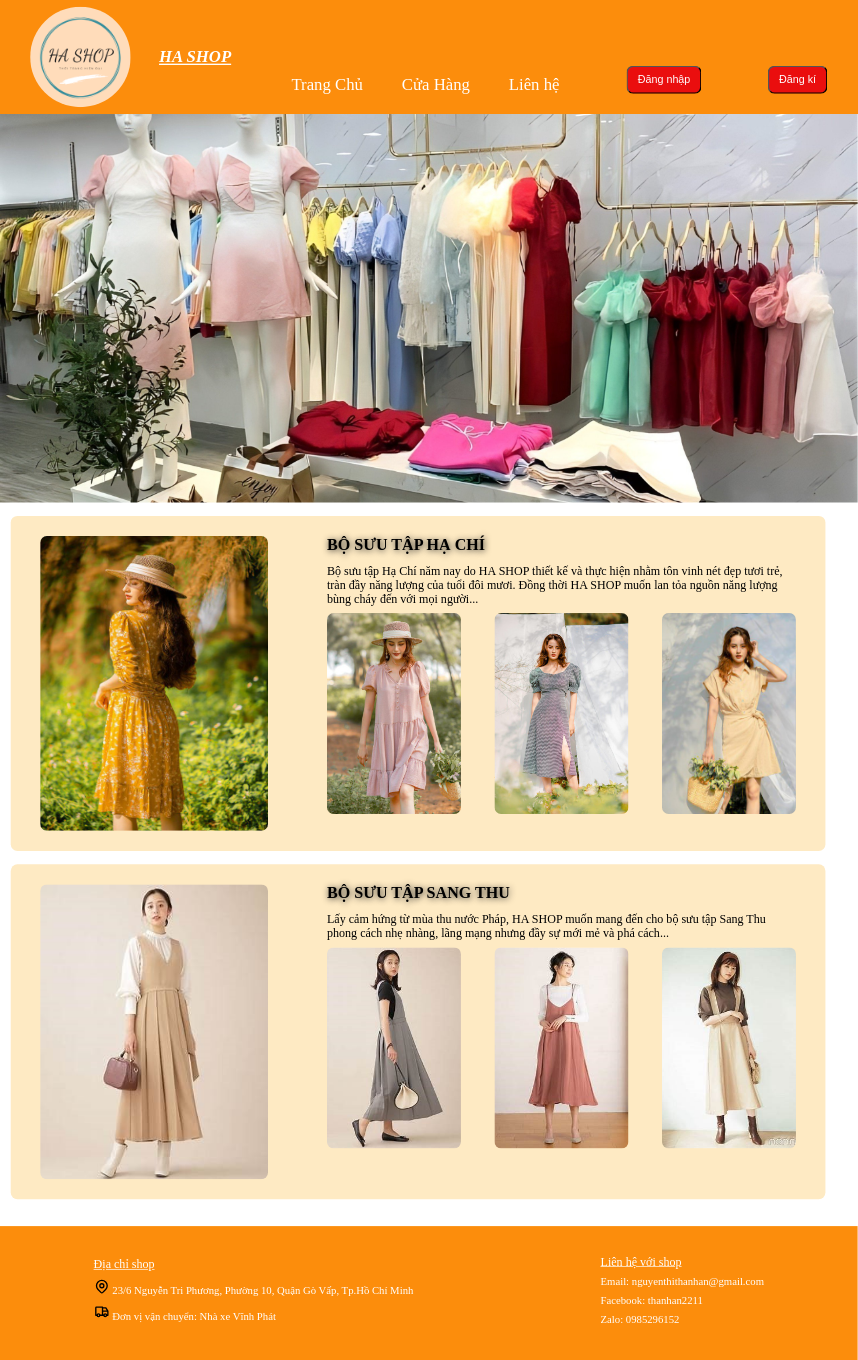
Repository: manhhieu120499/demo_page
Page: trangchu.html
An editor plug-in stored every save of this project. The page is shown before and after a run of saves, followed by the edit.
The browser window is 1280 px wide. The pictures show the whole page, at 67% of full size.

Above is the page before, as saved 2023-03-04 12:19:26.

### trangchu.html
<!DOCTYPE html>
<html lang="en">

<head>
    <meta charset="UTF-8" />
    <meta http-equiv="X-UA-Compatible" content="IE=edge" />
    <meta name="viewport" content="width=device-width, initial-scale=1.0" />
    <title>Document</title>
    <link rel="stylesheet" href="./style_trangchu.css">
</head>

<body>
    <div class="wrap">
        <div class="header">
            <div class="left-header">
                <img src="./Thời trang hiện dại.png" alt="logo_shop" class="picture"/>
                <h2 class="shop_name">HA SHOP</h2>
            </div>

            <div class="right-header">
                <div class="link">
                    <a href="#">Trang Chủ</a>
                    <a href="#">Cửa Hàng</a>
                    <a href="#">Liên hệ</a>
                </div>
                 <div class="btn">
                     <button>Đăng nhập</button>
                     <button>Đăng kí</button>
                 </div>
            </div>

        </div>

        <div class="slide_bar">
            <img src="./slide.jpg" alt="slide_picture">
        </div>

        <div class="album">
            <div class="album_one">
                <div class="left_picture">
                     <img src="./10.jpg" alt="picture_ha_chi">
                </div>
                <div class="right_description">
                      <h2 class="title_album">BỘ SƯU TẬP HẠ CHÍ</h2>
                      <p class="desc">   Bộ sưu tập Hạ Chí năm nay do HA SHOP thiết kế và thực hiện nhằm tôn vinh nét đẹp tươi trẻ, tràn đầy năng lượng của tuổi đôi mươi. Đồng thời HA SHOP muốn lan tỏa nguồn năng lượng bùng cháy đến với mọi người...</p>
                      <div class="picture_etc">
                        <img src="./11.jpg" alt="picture_ha_chi">
                        <img src="./12.jpg" alt="picture_ha_chi">
                        <img src="./13.jpg" alt="picture_ha_chi">
                      </div>
                </div>

            </div>

            <div class="album_two album_one ">
                <div class="left_picture">
                     <img src="./3.jpg" alt="picture_sang_thu">
                </div>
                <div class="right_description">
                      <h2 class="title_album">BỘ SƯU TẬP SANG THU</h2>
                      <p class="desc">   Lấy cảm hứng từ mùa thu nước Pháp, HA SHOP muốn mang đến cho bộ sưu tập Sang Thu phong cách nhẹ nhàng, lãng mạng nhưng đầy sự mới mẻ và phá cách...</p>
                      <div class="picture_etc">
                        <img src="./5.jpg" alt="picture_sang_thu">
                        <img src="./8.jpg" alt="picture_sang_thu">
                        <img src="./6.jpg" alt="picture_sang_thu">
                      </div>
                </div>

            </div>
        </div>

        <div class="footer">
            <div class="left_footer">
                  <p class="address">Địa chỉ shop</p>
                  <p>
                    <a class="icon">
                        <svg xmlns="http://www.w3.org/2000/svg" class="icon icon-tabler icon-tabler-map-pin" width="24" height="24" viewBox="0 0 24 24" stroke-width="2" stroke="currentColor" fill="none" stroke-linecap="round" stroke-linejoin="round">
                            <path stroke="none" d="M0 0h24v24H0z" fill="none"></path>
                            <path d="M12 11m-3 0a3 3 0 1 0 6 0a3 3 0 1 0 -6 0"></path>
                            <path d="M17.657 16.657l-4.243 4.243a2 2 0 0 1 -2.827 0l-4.244 -4.243a8 8 0 1 1 11.314 0z"></path>
                         </svg>
                    </a>
                     23/6 Nguyễn Tri Phương, Phường 10, Quận Gò Vấp, Tp.Hồ Chí Minh
                  </p>
                  <p>
                    <a>
                        <svg xmlns="http://www.w3.org/2000/svg" class="icon icon-tabler icon-tabler-truck" width="24" height="24" viewBox="0 0 24 24" stroke-width="2" stroke="currentColor" fill="none" stroke-linecap="round" stroke-linejoin="round">
                            <path stroke="none" d="M0 0h24v24H0z" fill="none"></path>
                            <path d="M7 17m-2 0a2 2 0 1 0 4 0a2 2 0 1 0 -4 0"></path>
                            <path d="M17 17m-2 0a2 2 0 1 0 4 0a2 2 0 1 0 -4 0"></path>
                            <path d="M5 17h-2v-11a1 1 0 0 1 1 -1h9v12m-4 0h6m4 0h2v-6h-8m0 -5h5l3 5"></path>
                         </svg>
                         Đơn vị vận chuyển: Nhà xe Vĩnh Phát
                    </a>
                  </p>
            </div>
            <div class="right_footer">
                 <p class="address">Liên hệ với shop</p>
                 <p>Email: nguyenthithanhan@gmail.com</p>
                 <p>Facebook: thanhan2211</p>
                 <p>Zalo: 0985296152</p>
            </div>

        </div>
    </div>

</body>

</html>

### style_trangchu.css
* {
    margin: 0;
    box-sizing: border-box;
}

.wrap {
    display: flex;
    flex-direction: column;
    width: 100%;
    height: 100%;
}


.header {
    background-color: #FC8D0C;
    display: flex;
    justify-content: space-around;
    position: fixed;
    width: 100%;
    top: 0;
    left: 0;
    padding: 10px 0;
}

.left-header {
    width: 300px;
    display: flex;
    align-items: center;
    justify-content: space-between;
}

.left-header .picture {
    width: 150px;
    height: 150px;
    border-radius: 50%;
}

.left-header .shop_name {
    color: white;
    font-size: 25px;
    text-decoration: underline;
    font-style: italic;
}

.right-header .link {
    width: 400px;
    display: flex;
    justify-content: space-between;
}

.right-header .link > a {
    color: white;
    text-decoration: none;
    font-size: 25px;
    /* padding: 10px 35px; */
}

.right-header {
    width: 800px;
    display: flex;
    align-items: flex-end;
    margin-bottom: 20px;
    justify-content: space-between;
}

.right-header .btn {
    display: flex;
    justify-content: space-between;
    width: 300px;
}

.right-header .btn > button {
    background-color: #EA0E0E;
    padding: 10px 15px;
    border-radius: 10px;
    font-size: 16px;
    color: white;
    width: ;
}



/* slide bar*/
.slide_bar {
    margin-top: 150px;
    height: 400px;
}
.slide_bar > img{
    width: 100%;
    object-fit: cover;
    height: 600px;
    display: block;
    margin-bottom: 20px;
}

/*album bo suu tap*/
.album {
    display: flex;
    width: calc(100% - 32px);
    flex-direction: column;
}
.album_one {
    margin-top: 220px;
    width: calc(100% - 32px);
    margin-left: 16px;
    height: 500px;
    background-color: #FEEAC3;
    display: flex;
    justify-content: space-around;
    align-items: center;
    border-radius: 10px;

}

.left_picture {
    width: 340px;
    height: 440px;
}
.left_picture img{
    width: 340px;
    height: 440px;
    border-radius: 10px;
}

.right_description {
    width: 700px;
    height: 440px;
    display: flex;
    flex-direction: column;
}

.right_description > .picture_etc{
    display: flex;
    align-items: center;
    justify-content: space-between;
}

.right_description > .picture_etc > img {
    width: 200px;
    height: 300px;
    border-radius: 10px;
    object-fit: cover;
}

.right_description .title_album {
    font-weight: 600px;
    margin-bottom: 15px;
    text-shadow: 1px 1px 10px #222;
}

.right_description .desc {
    font-size: 18px;
    text-align: start;
    margin-bottom: 10px;
}

.album .album_two {
    margin-top: 20px;
}

/*footer*/
.footer {
    margin-top: 40px;
    width: 100%;
    height: 200px;
    background-color: #FC8D0C;
    display: flex;
    justify-content: space-around;
    align-items: center;
    color: white;
}

.footer .left_footer {
    display: flex;
    flex-direction: column;
}

.left_footer p {
    margin-bottom: 10px;
}

.left_footer .address {
    text-decoration: underline;
    font-size: 18px;
}

.footer .right_footer {
    display: flex;
    flex-direction: column;
}

.right_footer p {
    margin-bottom: 10px;
}

.right_footer .address {
    text-decoration: underline;
    font-size: 18px;
}

.footer svg {
    color: black;
}

After the next 3 saves:
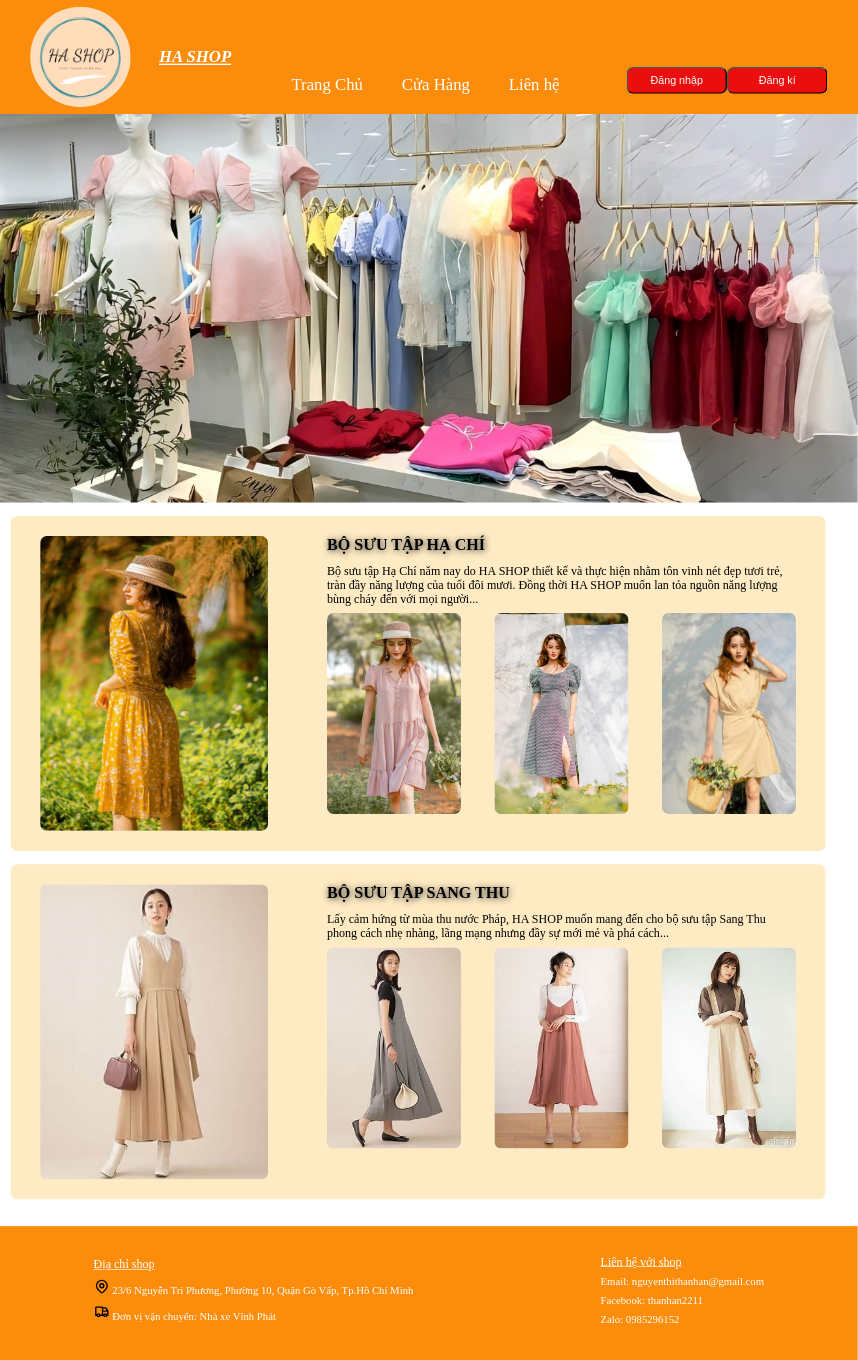
The 3 saves are shown as one change because they came seconds apart.
The last was saved 10 s later.
--- a/style_trangchu.css
+++ b/style_trangchu.css
@@ -75,7 +75,8 @@
     border-radius: 10px;
     font-size: 16px;
     color: white;
-    width: ;
+    width: 200px;
+    height: 40px;
 }
 
 
